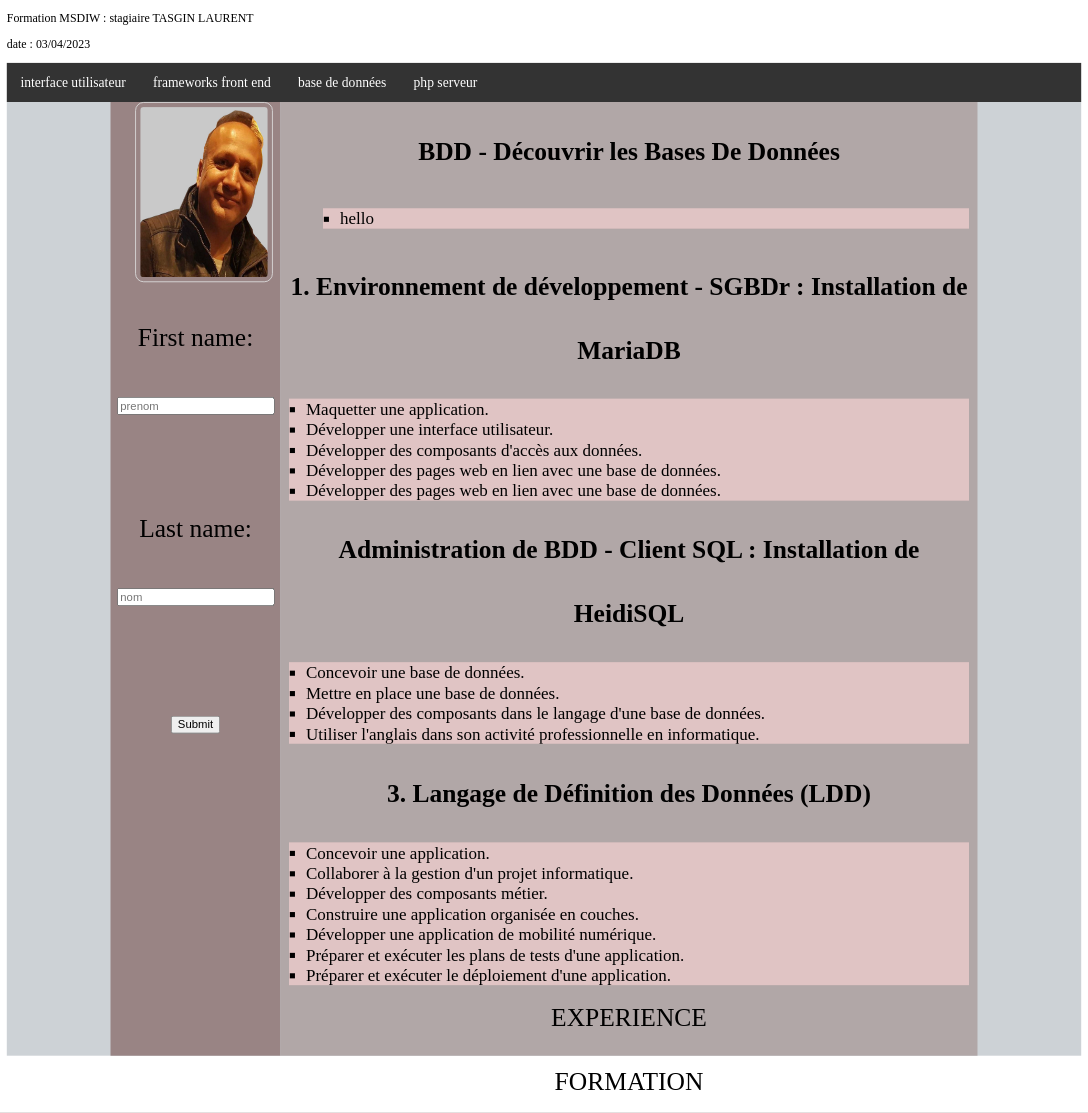
Repository: laurentbul/ApplicationEssai
Page: exercice/ex1/stagiaire_laurent/BACK/BDD/SQL/bdd1_alimenter.html
These files come from the project's save history. The page is drawn as it stood at one moment and after the next save; the edit follows.
The browser window is 1280 px wide. The pictures show the whole page, at 85% of full size.

Above is the page before, as saved 2023-04-06 05:45:52.

After the next save:
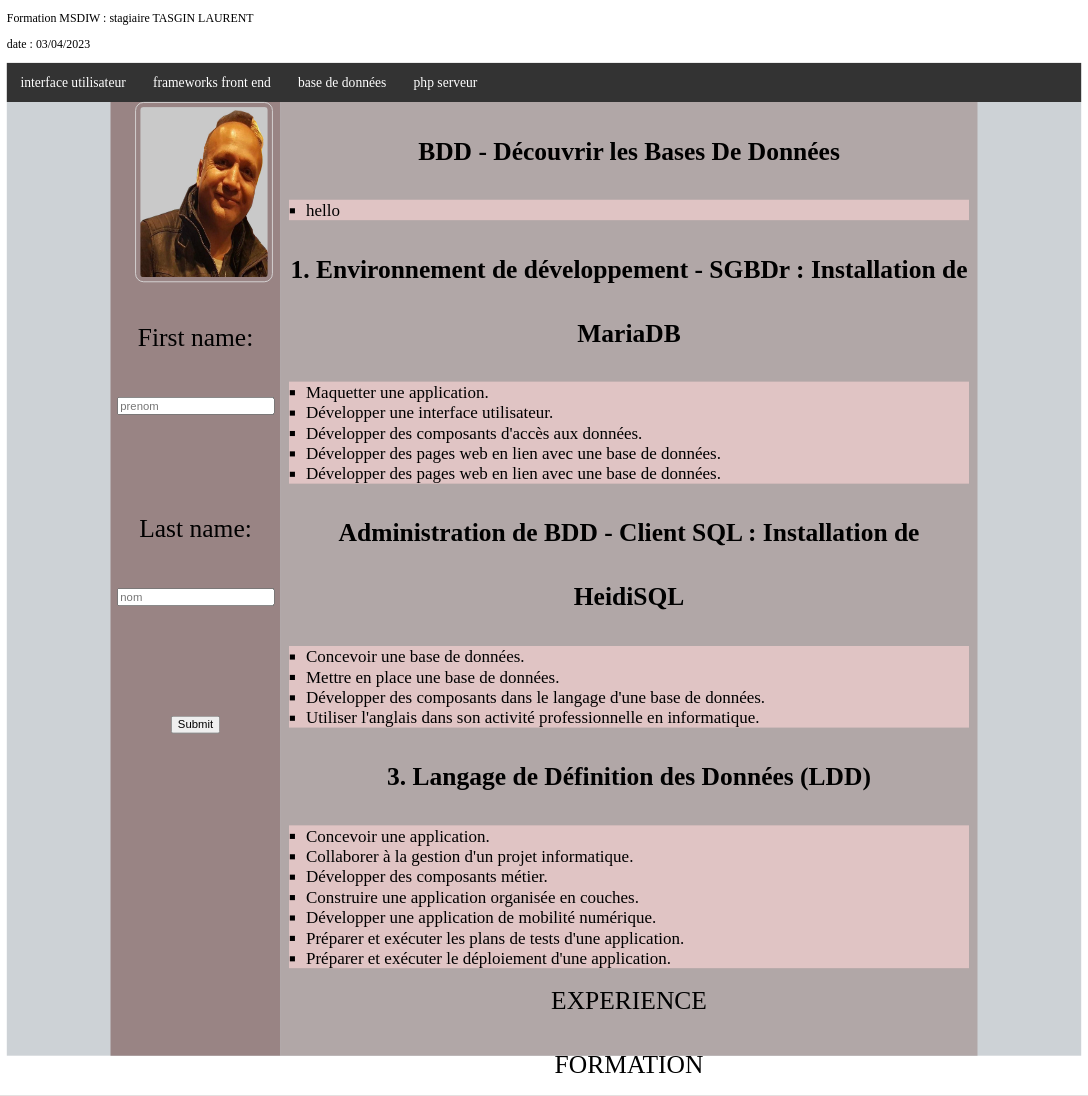
Saved 51 s later.
--- a/exercice/ex1/stagiaire_laurent/BACK/BDD/SQL/bdd1_alimenter.html
+++ b/exercice/ex1/stagiaire_laurent/BACK/BDD/SQL/bdd1_alimenter.html
@@ -40,7 +40,7 @@
     <div class="div_droite">
       <div>
         <h1>BDD - Découvrir les Bases De Données</h1>
-        <ol><ul class="paragraphe"><li class="competence" >hello</li></ul></ol>
+        <ul class="paragraphe"><li class="competence" >hello</li></ul>
         <h1 class="titre">1. Environnement de développement - SGBDr : Installation de MariaDB</h1>
         <ul class="paragraphe" >
           <li class="competence"> Maquetter une application.</li>

After the save that followed:
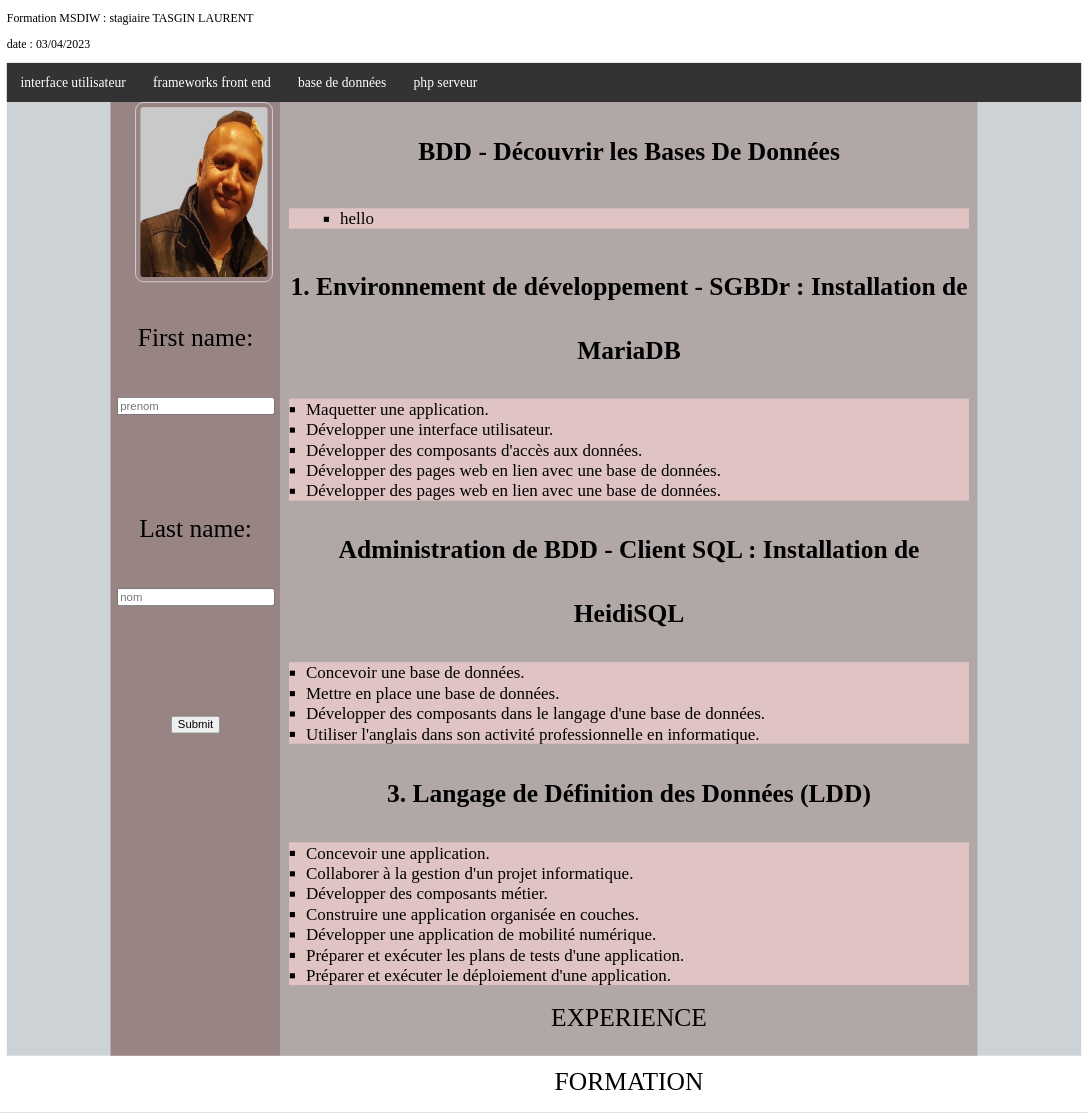
Saved 17 s later.
--- a/exercice/ex1/stagiaire_laurent/BACK/BDD/SQL/bdd1_alimenter.html
+++ b/exercice/ex1/stagiaire_laurent/BACK/BDD/SQL/bdd1_alimenter.html
@@ -40,7 +40,7 @@
     <div class="div_droite">
       <div>
         <h1>BDD - Découvrir les Bases De Données</h1>
-        <ul class="paragraphe"><li class="competence" >hello</li></ul>
+        <ol class="paragraphe"><li class="competence" >hello</li></ol>
         <h1 class="titre">1. Environnement de développement - SGBDr : Installation de MariaDB</h1>
         <ul class="paragraphe" >
           <li class="competence"> Maquetter une application.</li>
